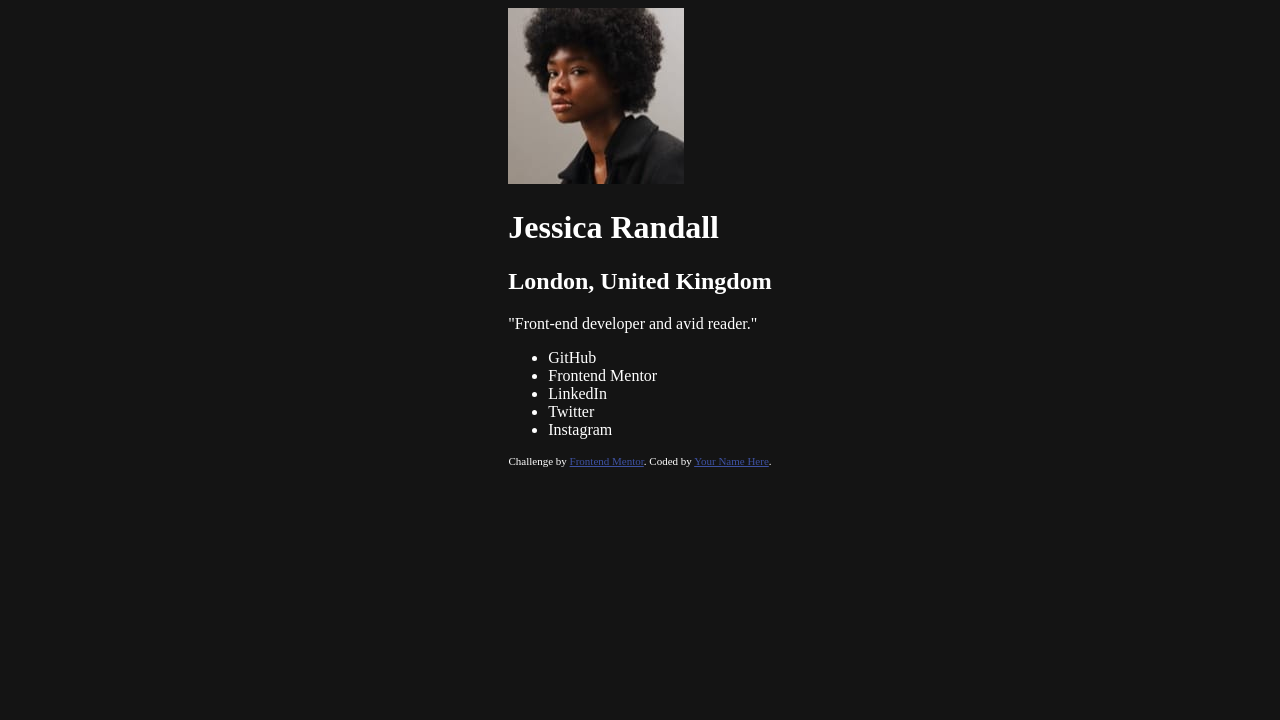
Repository: RudyJ/social-links-profile
Page: index.html
An editor plug-in stored every save of this project. The page is shown before and after the next save, followed by the edit.
The browser window is 1280 px wide. The pictures show the whole page.

Above is the page before, as saved 2024-04-02 19:24:27.

### index.html
<!DOCTYPE html>
<html lang="en">
<head>
  <meta charset="UTF-8">
  <meta name="viewport" content="width=device-width, initial-scale=1.0"> <!-- displays site properly based on user's device -->

  <link rel="icon" type="image/png" sizes="32x32" href="./assets/images/favicon-32x32.png">

  <title>Frontend Mentor | Social links profile</title>

  <link rel="stylesheet" href="./assets/css/style.css" />
  <!-- Feel free to remove these styles or customise in your own stylesheet 👍 -->
  <style>
    .attribution { font-size: 11px; text-align: center; }
    .attribution a { color: hsl(228, 45%, 44%); }
  </style>
</head>
<body>

  <div class="card">
    <img src="./assets/images/avatar-jessica.jpeg" />
    <h1>Jessica Randall</h1>
    <h2>London, United Kingdom</h2>
    <p>"Front-end developer and avid reader."</p>
    <ul>
      <li>GitHub</li>
      <li>Frontend Mentor</li>
      <li>LinkedIn</li>
      <li>Twitter</li>
      <li>Instagram</li>
    </ul>
  </div>

  <div class="attribution">
    Challenge by <a href="https://www.frontendmentor.io?ref=challenge" target="_blank">Frontend Mentor</a>.
    Coded by <a href="#">Your Name Here</a>.
  </div>
</body>
</html>

### assets/css/style.css
body {
    background-color: hsl(0, 0%, 8%);
    color: hsl(0, 0%, 100%);
    display: flex;
    flex-direction: column;
    align-items: center;
    justify-content: center;
}

After the next save:
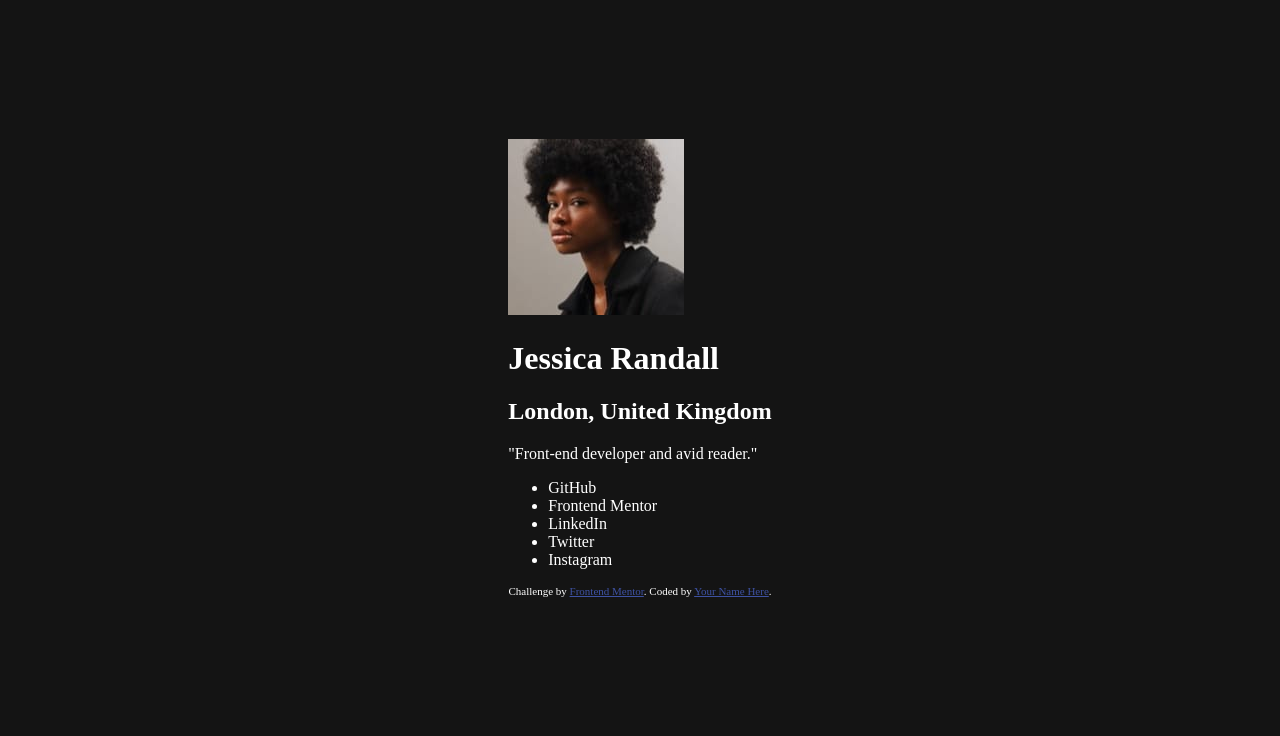
Saved 63 s later.
--- a/assets/css/style.css
+++ b/assets/css/style.css
@@ -5,4 +5,6 @@ body {
     flex-direction: column;
     align-items: center;
     justify-content: center;
+    height: 100vh;
+    overflow: hidden;
 }
